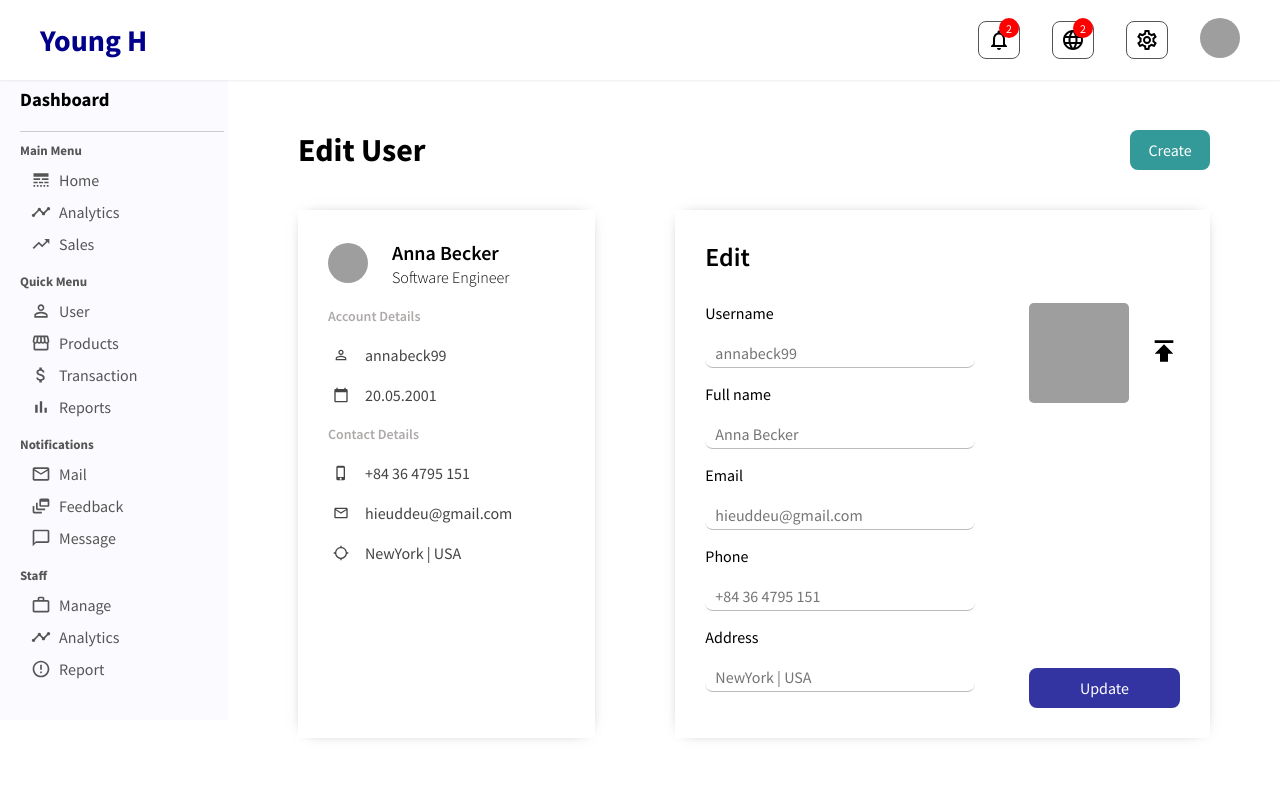
Repository: noname20011/admin
Page: /user/1
An editor plug-in stored every save of this project. The page is shown before and after the next save, followed by the edit.
The browser window is 1280 px wide. The pictures show the whole page.
Pictures or frames that could not be fetched are drawn as grey boxes. The project was rebuilt for these pictures with package versions that can differ from the ones it lists, and the page was loaded fresh each time. Also part of the build but not shown: src/pages/home/home.css, src/comopnents/featureInfo/feature.css, src/comopnents/featureInfo/Feature.jsx, src/comopnents/chart/chart.css, src/comopnents/chart/Chart.jsx, src/comopnents/widgetSm/widgetSm.css, src/comopnents/widgetSm/WidgetSm.jsx, src/comopnents/widgetLg/widgetLg.css and 12 more.

Above is the page before, as saved 2021-11-14 16:50:41.

### public/index.html
<!DOCTYPE html>
<html lang="en">
  <head>
    <meta charset="utf-8" />
    <meta name="viewport" content="width=device-width, initial-scale=1" />
    <meta name="theme-color" content="#000000" />
    <meta
      name="description"
      content="Web site created using create-react-app"
    />
    <!-- GOOGLE FONTS -->
    <link href="https://fonts.googleapis.com/css2?family=Source+Sans+Pro:wght@200;300;400;600;700;900&display=swap" rel="stylesheet">
    <style>
      * {
        font-family: 'Source Sans Pro', sans-serif;
        padding: 0;
        margin: 0;
      }
    </style>
    <title>React Admin App</title>
  </head>
  <body>
    <div id="root"></div>
  </body>
</html>

### src/comopnents/topbar/Topbar.jsx
import React from 'react'
import './topbar.css'

import { Language, NotificationsNone, SettingsOutlined  } from '@material-ui/icons'

export default function Topbar() {
    return (
        <div className="topbar">
            <div className="topbarWrapper">
                <div className="topLeft">
                    <div className="logo">Young H</div>
                </div>
                <div className="topRight">
                    <div className="topbarIconContainer">
                        <NotificationsNone/>
                        <div className="topIconsBadge">2</div>
                    </div>
                    <div className="topbarIconContainer">
                        <Language/>
                        <div className="topIconsBadge">2</div>
                    </div>
                    <div className="topbarIconContainer">
                        <SettingsOutlined/>
                    </div>
                    <div>
                        <img src="https://images.pexels.com/photos/1526814/pexels-photo-1526814.jpeg?auto=compress&cs=tinysrgb&dpr=2&w=500" alt="admin" className="topAvatar"/>
                    </div>
                </div>
            </div>
        </div>
    )
}

### src/comopnents/sidebar/Sidebar.jsx
import { AttachMoney, BarChart, ChatBubbleOutline, DynamicFeed, ErrorOutline, LineStyle, MailOutlined, PersonOutline, Storefront, Timeline, TrendingUp,  WorkOutlineOutlined } from '@material-ui/icons'
import React from 'react'
import { Link } from 'react-router-dom'
import "./sidebar.css"
export default function Sidebar() {
    return (
        <div className="sidebar">
            <div className="sidebarWrapper">
                <h3 className="sidebarTitle">Dashboard</h3>
                <div className="sidebarMenu">
                    <h4 className="sidebarMenuTitle">Main Menu</h4>
                    <ul className="sidebarLists">
                        <Link to="/">
                            <li className="sidebarListItem">
                                <LineStyle className="sidebarIcon"/>
                                Home
                            </li>
                        </Link>
                        <li className="sidebarListItem">
                            <Timeline className="sidebarIcon"/>
                            Analytics
                        </li>
                        <li className="sidebarListItem">
                            <TrendingUp className="sidebarIcon"/>
                            Sales
                        </li>
                    </ul>
                </div>
                <div className="sidebarMenu">
                    <h4 className="sidebarMenuTitle">Quick Menu</h4>
                    <ul className="sidebarLists">
                        <Link to="/users">
                            <li className="sidebarListItem">
                                <PersonOutline className="sidebarIcon"/>
                                User
                            </li>
                        </Link>
                        <Link to="/products">
                            <li className="sidebarListItem">
                                <Storefront className="sidebarIcon"/>
                                Products
                            </li>
                        </Link>
                        <li className="sidebarListItem">
                            <AttachMoney className="sidebarIcon"/>
                            Transaction
                        </li>
                        <li className="sidebarListItem">
                            <BarChart className="sidebarIcon"/>
                            Reports
                        </li>
                    </ul>
                </div>
                <div className="sidebarMenu">
                    <h4 className="sidebarMenuTitle">Notifications</h4>
                    <ul className="sidebarLists">
                        <li className="sidebarListItem">
                            <MailOutlined className="sidebarIcon"/>
                            Mail
                        </li>
                        <li className="sidebarListItem">
                            <DynamicFeed className="sidebarIcon"/>
                            Feedback
                        </li>
                        <li className="sidebarListItem">
                            <ChatBubbleOutline className="sidebarIcon"/>
                            Message
                        </li>
                    </ul>
                </div>
                <div className="sidebarMenu">
                    <h4 className="sidebarMenuTitle">Staff</h4>
                    <ul className="sidebarLists">
                        <li className="sidebarListItem">
                            <WorkOutlineOutlined className="sidebarIcon"/>
                            Manage
                        </li>
                        <li className="sidebarListItem">
                            <Timeline className="sidebarIcon"/>
                            Analytics
                        </li>
                        <li className="sidebarListItem">
                            <ErrorOutline className="sidebarIcon"/>
                            Report
                        </li>
                    </ul>
                </div>
            </div>
        </div>
    )
}

### src/pages/user/User.jsx
import { CalendarToday, LocationSearching, MailOutline, PersonOutline, PhoneIphone, Publish } from "@material-ui/icons"
import { Link } from "react-router-dom"
import "./user.css"

export default function User() {
    return (
        <div className="user">
            <div className="userTitleContainer">
                <h1 className="useTitle">Edit User</h1>
                <Link to="/register">
                    <button className="userAddBtn">
                        Create
                    </button>
                </Link>
            </div>
            <div className="userContainer">
                <div className="userShow">
                    <div className="userShowTop">
                        <img src="https://images.pexels.com/photos/1152994/pexels-photo-1152994.jpeg?auto=compress&cs=tinysrgb&dpr=2&w=500" alt="" className="userShowImg" />
                        <div className="userShowTopInfo">
                            <span className="userShowName">Anna Becker</span>
                            <span className="userShowJob">Software Engineer</span>
                        </div>
                    </div>
                    <div className="userShowBottom">
                        <span className="userShowTitle">Account Details</span>
                        <div className="userShowBottomInfo">
                            <PersonOutline className="userShowIcon"/>
                            <span className="userShowInfo">annabeck99</span>
                        </div>
                        <div className="userShowBottomInfo">
                            <CalendarToday className="userShowIcon"/>
                            <span className="userShowInfo">20.05.2001</span>
                        </div>
                        <span className="userShowTitle">Contact Details</span>
                        <div className="userShowBottomInfo">
                            <PhoneIphone className="userShowIcon"/>
                            <span className="userShowInfo">+84 36 4795 151</span>
                        </div>
                        <div className="userShowBottomInfo">
                            <MailOutline className="userShowIcon"/>
                            <span className="userShowInfo">hieuddeu@gmail.com</span>
                        </div>
                        <div className="userShowBottomInfo">
                            <LocationSearching className="userShowIcon"/>
                            <span className="userShowInfo">NewYork | USA</span>
                        </div>
                    </div>
                </div>
                <div className="userUpdate">
                    <span className="userUpdateTitle">Edit</span>
                    <form action="" className="UserUpdateForm">
                        <div className="userUpdateLeft">
                            <div className="userUpdateItem">
                                <label>Username</label>
                                <input type="text"
                                placeholder="annabeck99" className="userUpdateInput" />
                            </div>
                            <div className="userUpdateItem">
                                <label>Full name</label>
                                <input type="text"
                                placeholder="Anna Becker" className="userUpdateInput" />
                            </div>
                            <div className="userUpdateItem">
                                <label>Email</label>
                                <input type="email"
                                placeholder="hieuddeu@gmail.com" className="userUpdateInput" />
                            </div>
                            <div className="userUpdateItem">
                                <label>Phone</label>
                                <input type="text"
                                placeholder="+84 36 4795 151" className="userUpdateInput" />
                            </div>
                            <div className="userUpdateItem">
                                <label>Address</label>
                                <input type="text"
                                placeholder="NewYork | USA" className="userUpdateInput" />
                            </div>
                        </div>
                        <div className="userFormRight">
                            <div className="userUpdateUpload">
                                <img src="https://images.pexels.com/photos/1152994/pexels-photo-1152994.jpeg?auto=compress&cs=tinysrgb&dpr=2&w=500" alt="" className="userFormImg" />
                                <label htmlFor="file">
                                    <Publish className="userUpdateIcon"/>
                                </label>
                                <input type="file" id="file" style={{ display: "none" }} />
                            </div>
                            <button className="userUpdateButton">Update</button>
                        </div>
                    </form>
                </div>
            </div>
        </div>
    )
}

### src/app.css
ul, li {
    list-style: none;
}

a {
    text-decoration: none;
}

.container {
    display: flex;
}

.other {
    flex: 4;
}

button, input {
    border: none;
    outline: none;
}

### src/comopnents/topbar/topbar.css
.topbar {
    width: 100%;
    height: 80px;
    background: #fff;
    box-shadow: 0 .5px 2px rgba(0, 0, 0, 0.07);

    position: sticky;
    top: 0;
    z-index: 1000;
}

.topbarWrapper {
    height: 100%;
    padding: 0 40px;
    display: flex;
    justify-content: space-between;
    align-items: center;
}

.logo {
    font-weight: bold;
    font-size: 30px;
    color: darkblue;
    cursor: pointer;
}

.topRight {
    display: flex;
    align-items: center;
    column-gap: 2rem;
}
.topbarIconContainer {
    position: relative;
    cursor: pointer;
    width: 40px;
    height: 36px;
    border: 1px solid #555;
    border-radius: .5rem;
    display: flex;
    align-items: center;
    justify-content: center;
}

.topbarIconContainer:hover {
    background-color: rgb(248, 246, 246);
}

.topIconsBadge {
    font-size: 12px;
    position: absolute;
    top: -4px;
    right: 0px;

    width: 20px;
    height: 20px;
    background-color: red;
    color: #fff;
    border-radius: 50%;

    display: flex;
    place-content: center;
    place-items: center;
}

.topAvatar {
    width: 40px;
    height: 40px;
    object-fit: cover;
    border-radius: 50%;
    cursor: pointer;
}

### src/comopnents/sidebar/sidebar.css
.sidebar {
    flex: 1;
    background-color: rgb(251, 251, 255);
    position: sticky;
    top: 80px;
    height: calc(100vh - 80px);
}

.sidebarWrapper {
    padding: 8px 4px 0 20px;
}

.sidebarTitle {
    padding-bottom: 20px;
    margin-bottom: 10px;
    border-bottom: 1px solid #ccc;
}

.sidebarMenu {
    margin-bottom: 8px;
}

.sidebarMenuTitle {
    color: #555;
    font-size: 13px;
}

.sidebarLists {
    padding: 5px;
}

.sidebarListItem {
    display: flex;
    align-items: center;
    column-gap: .5rem;

    padding: 6px;
    color: #555;
    cursor: pointer;
    border-radius: .5rem;
}

.sidebarListItem.active,
.sidebarListItem:hover {
    background-color: rgb(225, 225, 255);
}

.sidebarIcon {
    font-size: 20px!important;
}

### src/pages/user/user.css
.user {
    flex: 4;
    margin: 20px 40px;
    padding: 30px;
}

.userTitleContainer {
    display: flex;
    justify-content: space-between;
    margin-bottom: 20px;
}

.userAddBtn {
    width: 80px;
    border-radius: .5rem;
    background-color: teal;
    padding: 10px 8px;

    color: #fff;
    font-size: 16px;
    cursor: pointer;
    opacity: 0.8;
}

.userAddBtn:hover {
    opacity: 1;
}
.userContainer {
    display: flex;
    justify-content: space-between;
    column-gap: 5rem;
}
.userShow {
    flex: 1;
    margin: 20px 0;
    padding: 30px;
    -webkit-box-shadow: 0px 0px 15px -10px rgba(0, 0, 0, 0.75);
    box-shadow: 0px 0px 15px -10px rgba(0, 0, 0, 0.75);
}

.userShowTop {
    display: flex;
    column-gap: 1.5rem;
    align-items: center;
}

.userShowTopInfo {
    display: flex;
    flex-direction: column;
    row-gap: .1rem;
}

.userShowName {
    font-size: 20px;
    font-weight: 600;
}

.userShowJob {
    font-size: 16px;
    font-weight: 300;
}

.userShowImg {
    width: 40px;
    height: 40px;
    border-radius: 50%;
    object-fit: cover;
}

.userShowTitle {
    font-size: 14px;
    font-weight: 600;
    color: rgb(175, 170, 170);
    display: block;
    margin-top: 20px;
}

.userShowBottomInfo {
    display: flex;
    align-items: center;
    column-gap: 1rem;

    margin: 20px 0 20px 5px;
    color: #444;
}

.userShowIcon {
    font-size: 16px !important;
}
.userUpdate {
    flex: 2;
    margin: 20px 0;
    padding: 30px;
    -webkit-box-shadow: 0px 0px 15px -10px rgba(0, 0, 0, 0.75);
    box-shadow: 0px 0px 15px -10px rgba(0, 0, 0, 0.75);
}

.userUpdateTitle {
    font-size: 26px;
    font-weight: 600;
}

.UserUpdateForm {
    margin-top: 30px;
    display: flex;
    justify-content: space-between;
}


.userUpdateItem {
    display: flex;
    flex-direction: column;
    row-gap: 1rem;
    margin-bottom: 16px;
}

.userUpdateInput {
    width: 250px;
    border-bottom: 1px solid #bbb;
    border-bottom-left-radius: .5rem;
    border-bottom-right-radius: .5rem;
    padding: 4px 10px;
    font-size: 16px;
}

.userFormRight {
    display: flex;
    flex-direction: column;
    justify-content: space-between;
}

.userUpdateUpload {
    display: flex;
    align-items: center;
    justify-content: center;
    column-gap: 1.2rem;
}
.userFormImg {
    width: 100px;
    height: 100px;
    object-fit: cover;
    border-radius: .3rem;
}

.userUpdateIcon {
    font-size: 32px !important;
    cursor: pointer;
}

.userUpdateButton {
    padding: 10px 12px;
    border-radius: .5rem;
    background-color: darkblue;
    color: #fff;
    font-size: 16px;
    cursor: pointer;
    opacity: 0.8;
}

.userUpdateButton:hover {
    opacity: 1;
}

### src/pages/product/product.css
.product {
    flex: 4;
    margin: 20px 40px;
    padding: 30px;
}

.productTitleContainer {
    display: flex;
    justify-content: space-between;
    margin-bottom: 20px;
}

.productAddBtn {
    width: 80px;
    border-radius: .5rem;
    background-color: teal;
    padding: 10px 8px;

    color: #fff;
    font-size: 16px;
    cursor: pointer;
    opacity: 0.8;
}

.productAddBtn:hover {
    opacity: 1;
}

.productTop {
    display: flex;
}

.productTopLeft {
    flex: 1;
}

.productTopRight {
    flex: 1;
    -webkit-box-shadow: 0px 0px 15px -10px rgba(0, 0, 0, 0.75);
    box-shadow: 0px 0px 15px -10px rgba(0, 0, 0, 0.75);
    margin: 20px 40px;
    padding: 20px;
}

.productInfoTop {
    display: flex;
    align-items: center;
    column-gap: 1.5rem;
    margin-bottom: 20px;
}

.productInfoImg {
    width: 40px;
    height: 40px;
    border-radius: 50%;
    object-fit: cover;
}

.productName {
    font-weight: 600;
    font-size: 20px;
}

.productInfoItem {
    display: flex;
    justify-content: space-between;
    width: 150px;
    margin-bottom: 20px;
}

.productBottom {
    -webkit-box-shadow: 0px 0px 15px -10px rgba(0, 0, 0, 0.75);
    box-shadow: 0px 0px 15px -10px rgba(0, 0, 0, 0.75);
    margin: 20px 40px;
    padding: 40px;
}

.productUpdateTitle {
    font-size: 14px;
    font-weight: 600;
    color: rgb(175, 170, 170);
    display: block;
    margin-top: 20px;
}

.productShowBottomInfo {
    display: flex;
    align-items: center;
    column-gap: 1rem;

    margin: 20px 0 20px 5px;
    color: #444;
}

.productShowIcon {
    font-size: 16px !important;
}
.productUpdate {
    flex: 2;
    margin: 20px 0;
    padding: 30px;
    -webkit-box-shadow: 0px 0px 15px -10px rgba(0, 0, 0, 0.75);
    box-shadow: 0px 0px 15px -10px rgba(0, 0, 0, 0.75);
}

.productUpdateTitle {
    font-size: 26px;
    font-weight: 600;
}

.productUpdateForm {
    margin-top: 30px;
    display: flex;
    justify-content: space-between;
}


.productUpdateItem {
    display: flex;
    flex-direction: column;
    row-gap: 1rem;
    margin-bottom: 16px;
}

.productUpdateInput {
    width: 250px;
    border-bottom: 1px solid #bbb;
    border-bottom-left-radius: .5rem;
    border-bottom-right-radius: .5rem;
    padding: 4px 10px;
    font-size: 16px;
}

.productFormRight {
    display: flex;
    flex-direction: column;
    justify-content: space-between;
}

.userUpdateUpload {
    display: flex;
    align-items: center;
    justify-content: center;
    column-gap: 1.2rem;
}
.userFormImg {
    width: 100px;
    height: 100px;
    object-fit: cover;
    border-radius: .3rem;
}

.userUpdateIcon {
    font-size: 32px !important;
    cursor: pointer;
}

.userUpdateButton {
    padding: 10px 12px;
    border-radius: .5rem;
    background-color: darkblue;
    color: #fff;
    font-size: 16px;
    cursor: pointer;
    opacity: 0.8;
}

.productUpdateButton:hover {
    opacity: 1;
}

Loaded but not shown: src/index.js (common file); src/App.js (35 lines, source omitted)

After the next save:
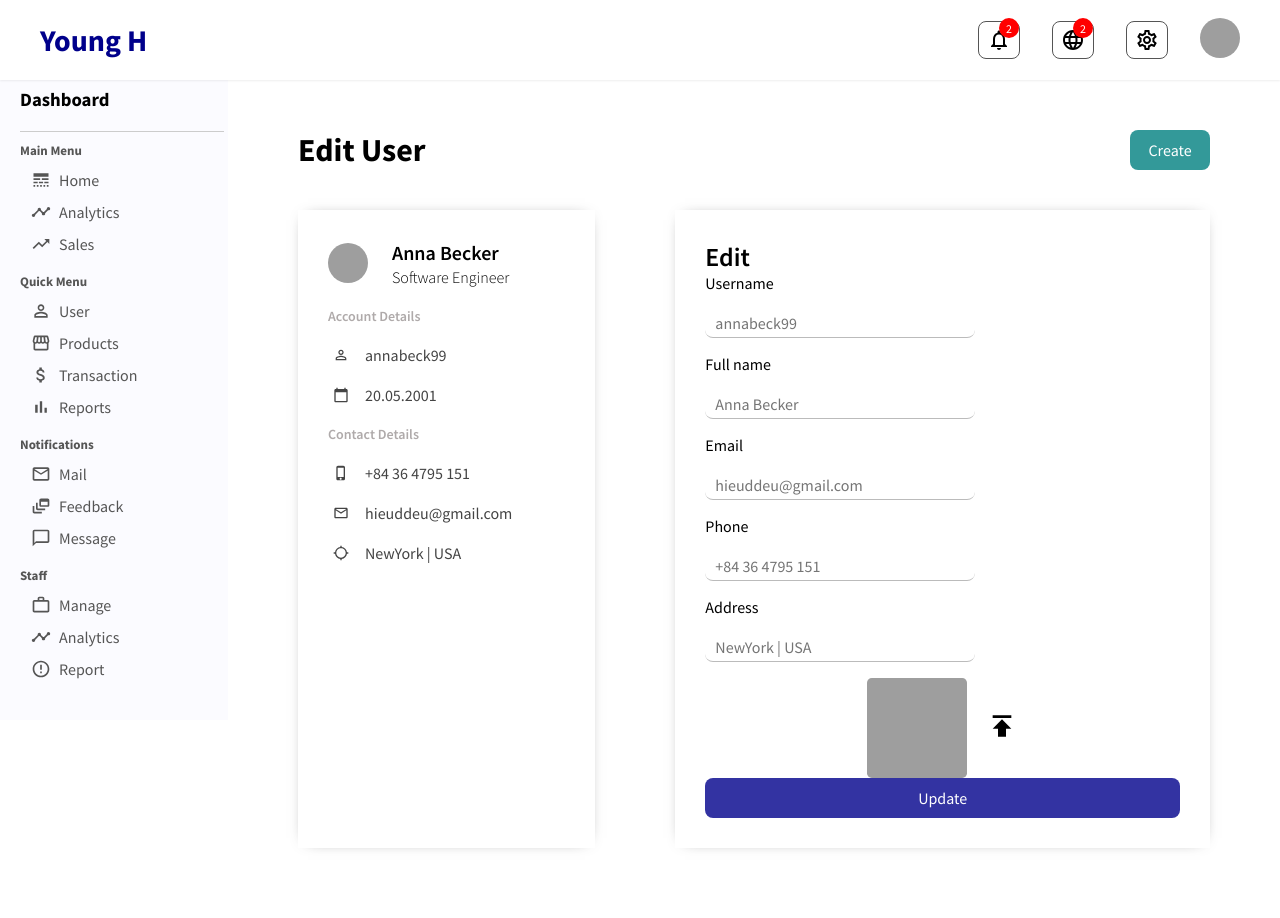
Saved 12 s later.
--- a/src/pages/user/User.jsx
+++ b/src/pages/user/User.jsx
@@ -49,7 +49,7 @@ export default function User() {
                 </div>
                 <div className="userUpdate">
                     <span className="userUpdateTitle">Edit</span>
-                    <form action="" className="UserUpdateForm">
+                    <form action="" className="userUpdateForm">
                         <div className="userUpdateLeft">
                             <div className="userUpdateItem">
                                 <label>Username</label>

After the save that followed:
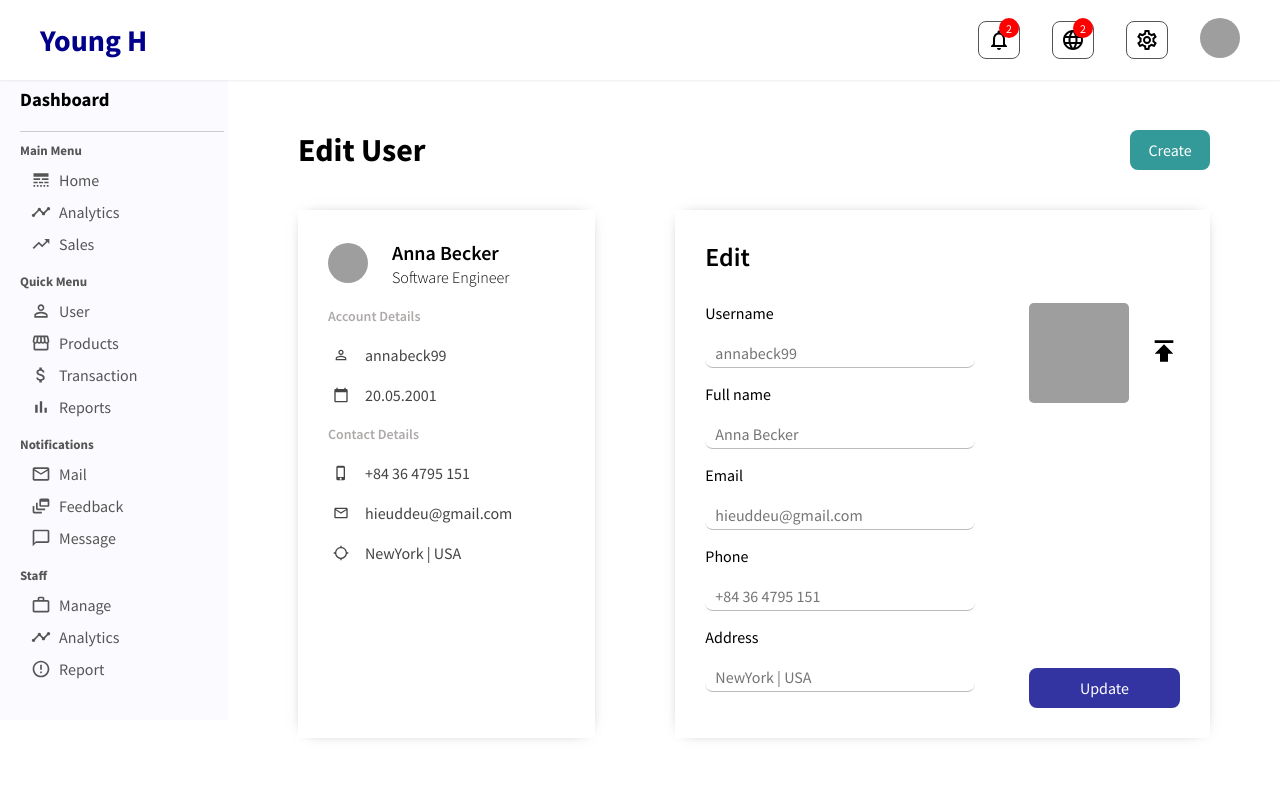
Saved 7 s later.
--- a/src/pages/user/user.css
+++ b/src/pages/user/user.css
@@ -100,7 +100,7 @@
     font-weight: 600;
 }
 
-.UserUpdateForm {
+.userUpdateForm {
     margin-top: 30px;
     display: flex;
     justify-content: space-between;
